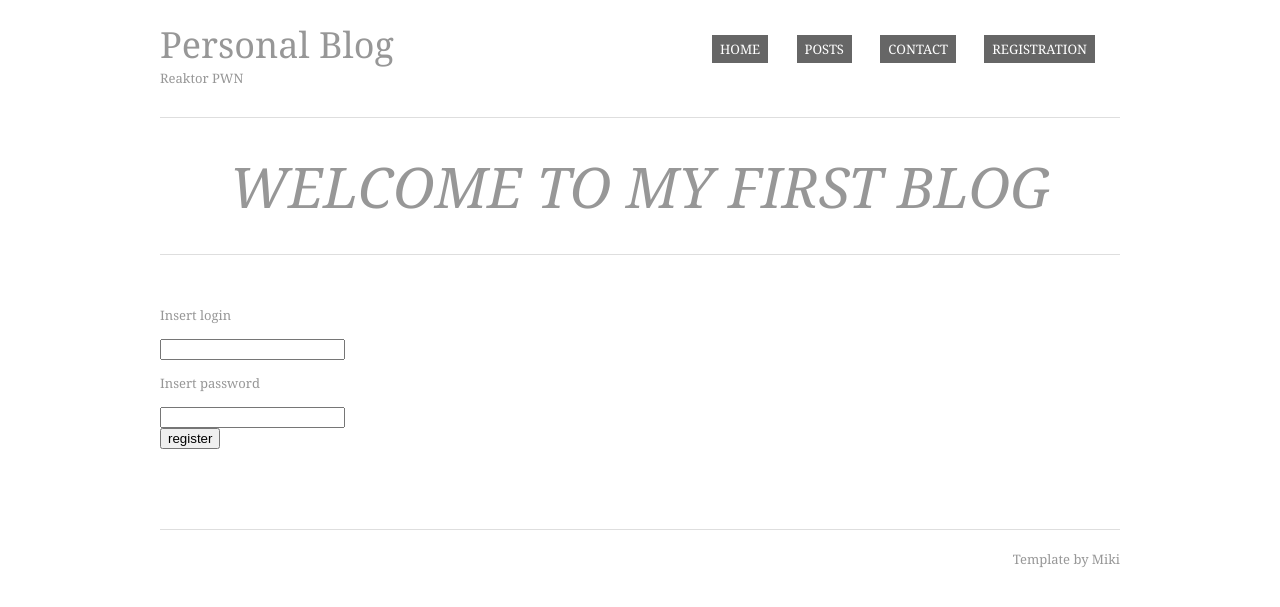
Repository: AnnaPolatynska/SpringCwiczenia
Page: http://localhost/registerForm
The author's editor kept a copy of each file at every save. The page is drawn from the files as they stood at one save, then again after the next save.
The browser window is 1280 px wide. The pictures show the whole page.
The page is this project's Thymeleaf template; nobody is signed in. The template is opened directly, without the code that normally fills it, so the values that code supplies are empty.

Above is the page before, as saved 2017-08-30 09:55:31.

After the next save:
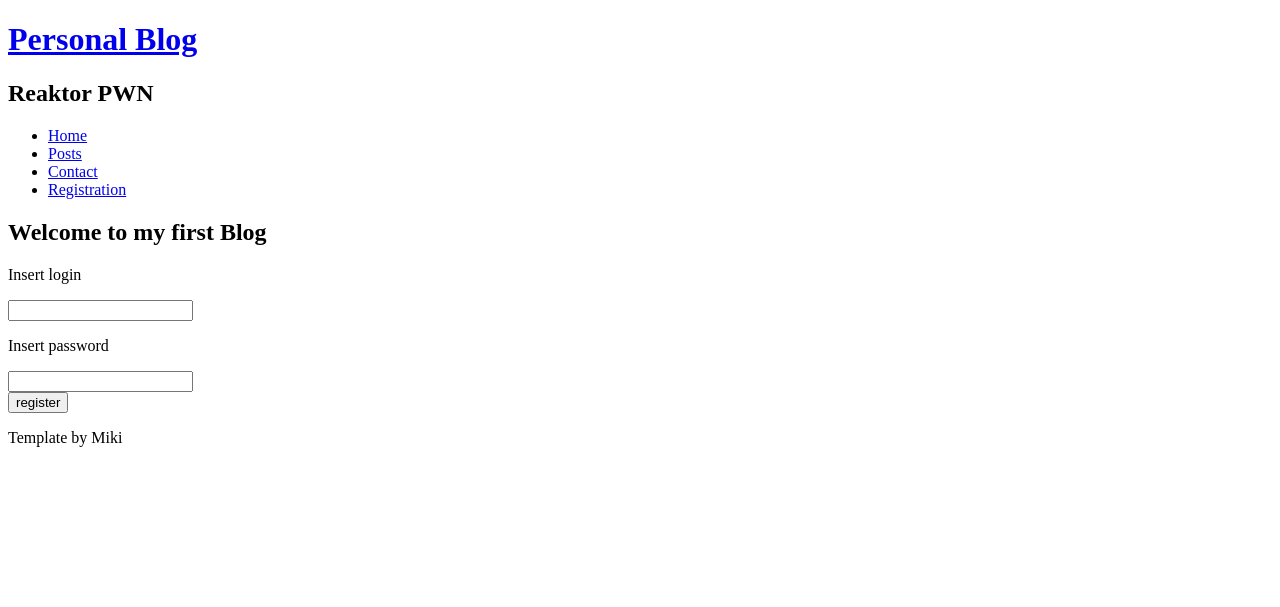
Saved 3 min 15 s later.
--- a/D-MVC-JAR/src/main/resources/templates/registerForm.html
+++ b/D-MVC-JAR/src/main/resources/templates/registerForm.html
@@ -1,10 +1,6 @@
  <!DOCTYPE html>
 <html lang="en" dir="ltr" xmlns:th="http://www.thymeleaf.org">
-<head>
-<title>Basic 79</title>
-<meta charset="iso-8859-1" />
-<link rel="stylesheet" href="layout.css" type="text/css" />
-</head>
+
 <body>
 <div class="wrapper row1">
   <header id="header" class="clear">
